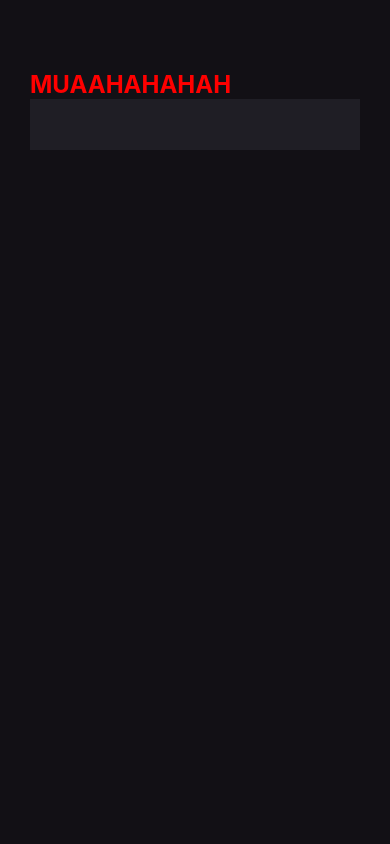
Repository: vagnereix/01-myskills-trilha-react-native
Screen: /
The author's editor kept a copy of each file at every save. The screen is drawn from the files as they stood at one save, then again after the next save.
The app was drawn by React Native's web renderer in a window 390 px wide. The project was rebuilt for these pictures with package versions that can differ from the ones it lists, and the page was loaded fresh each time.

Above is the screen before, as saved 2021-06-17 17:17:23.

After the next save:
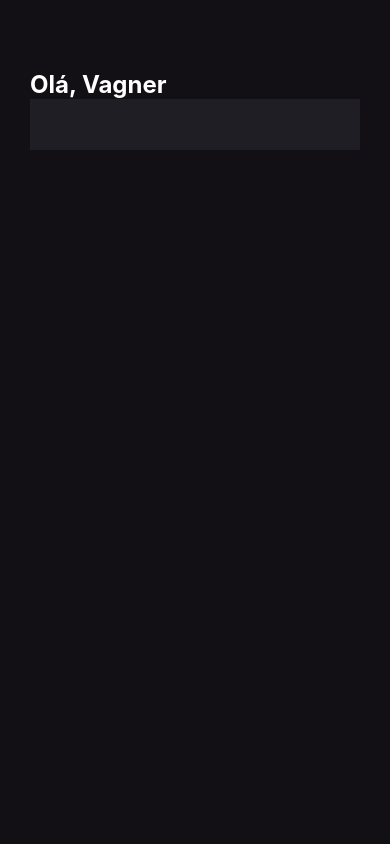
Saved 29 s later.
--- a/pages/home.tsx
+++ b/pages/home.tsx
@@ -4,7 +4,7 @@ import { View, Text, StyleSheet, TextInput } from 'react-native';
 export function Home() {
     return (
       <View style={styles.container}>
-        <Text style={styles.title}>MUAAHAHAHAH</Text>
+        <Text style={styles.title}>Olá, Vagner</Text>
 
         <TextInput style={styles.input} />
       </View>
@@ -19,7 +19,7 @@ const styles = StyleSheet.create({
         backgroundColor: '#121015'
     },
     title: {
-        color: 'red',
+        color: '#fff',
         fontWeight: 'bold',
         fontSize: 24,
     },
